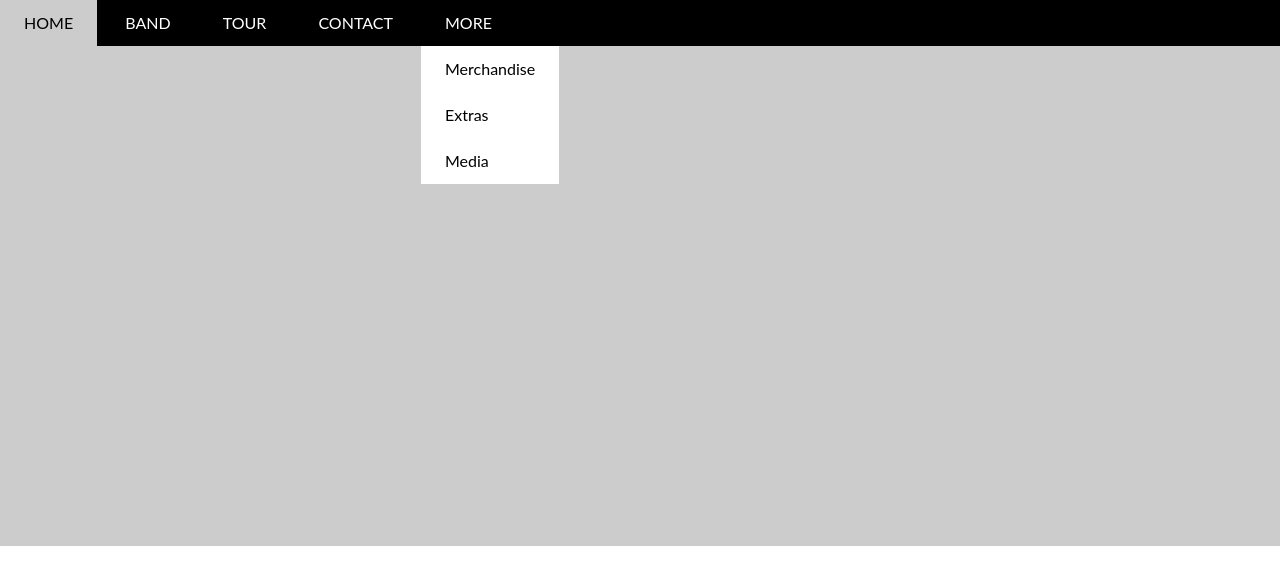
Repository: tatvanhco/web-dau-tay
Page: index.html
An editor plug-in stored every save of this project. The page is shown before and after the next save, followed by the edit.
The browser window is 1280 px wide. The pictures show the whole page.

Above is the page before, as saved 2022-01-23 17:12:34.

### index.html
<!DOCTYPE html>
<html lang="en">
<head>
    <meta charset="UTF-8">
    <!-- <meta http-equiv="X-UA-Compatible" content="IE=edge"> -->
    <meta name="viewport" content="width=device-width, initial-scale=1.0">
    <title>the band</title>
    <link rel="shortcut icon" href="./assets/img/band/logo.png" type="image/x-icon">
    <link rel="stylesheet" href="./assets/css/style.css">
    <link rel="stylesheet" href="./assets/css/responsive.css">
</head>
<body>
    <div id="main">
        <div id="header">
            <ul id="nav">
                <li><a href="#">home</a></li>
                <li><a href="#">band</a></li>
                <li><a href="#">tour</a></li>
                <li><a href="#">contact</a></li>
                <li>
                    <a href="#">more</a>
                <!-- <i class="drop-down ti-angle-down"></i> -->
                    <div class="subnav">
                        <ul>
                            <li><a href="">Merchandise</a></li>
                            <li><a href="">Extras</a></li>
                            <li><a href="">Media</a></li>
                        </ul>
                    </div>
                </li>
            </ul>
        </div>
        <div id="slide">

        </div>
        <div id="content">

        </div>
        <div id="footer">

        </div>
    </div>
</body>
</html>

### assets/css/style.css
* {
    margin: 0;
    padding: 0;
    box-sizing: border-box;
}

body {
    font-family: "Lato", sans-serif;
}

#header {
    width: 100%;
    height: 46px;
    background-color: #000;
}

#nav > li {
    display: inline-block;
}

#nav li {
    position: relative;
    list-style-type: none;
}

#nav > li > a {
    color: #fff;
    text-transform: uppercase;
}

#nav li a {
    text-decoration: none;
    padding: 0 24px;
    line-height: 46px;
    display: block;

}

#nav .subnav li:hover a,
#nav > li:hover > a {
    background-color: #ccc;
    color: #000;
}

#nav .subnav {
    /* display: none; */
    position: absolute;
    background-color: #fff;

}

#nav .subnav a {
    color: #000;
    padding: 0px 24px;
}

#slide {
    min-height: 500px;
    background-color: #ccc;
}

Loaded but not shown: assets/css/responsive.css (no copy from this time; the picture is the same without it)

After the next save:
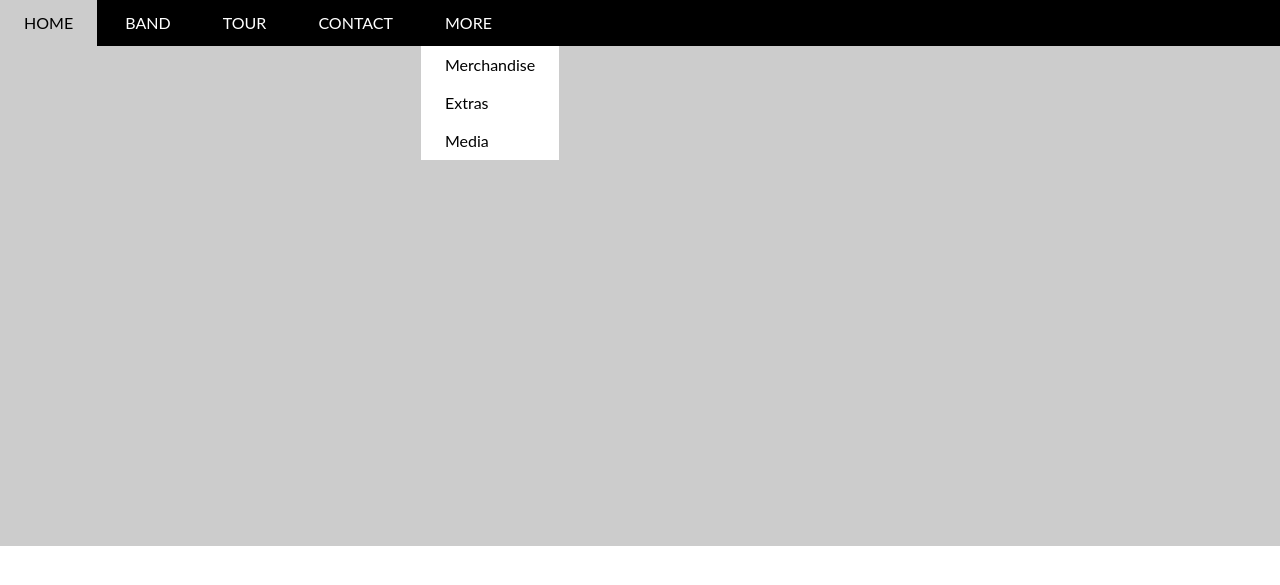
Saved 61 s later.
--- a/assets/css/style.css
+++ b/assets/css/style.css
@@ -52,6 +52,7 @@ body {
 #nav .subnav a {
     color: #000;
     padding: 0px 24px;
+    line-height: 38px;
 }
 
 #slide {
